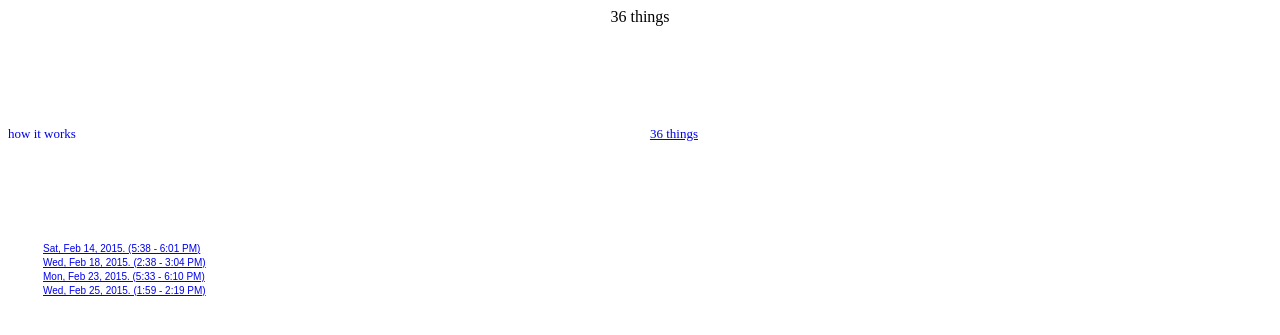
Repository: zhanj122/zhanj122.github.io
Page: 36_things/index.html
The author's editor kept a record of every edit. The page is drawn from the files as they stood at one moment, then again after the next edit.
The browser window is 1280 px wide. The pictures show the whole page.

Above is the page before.

After the next edit:
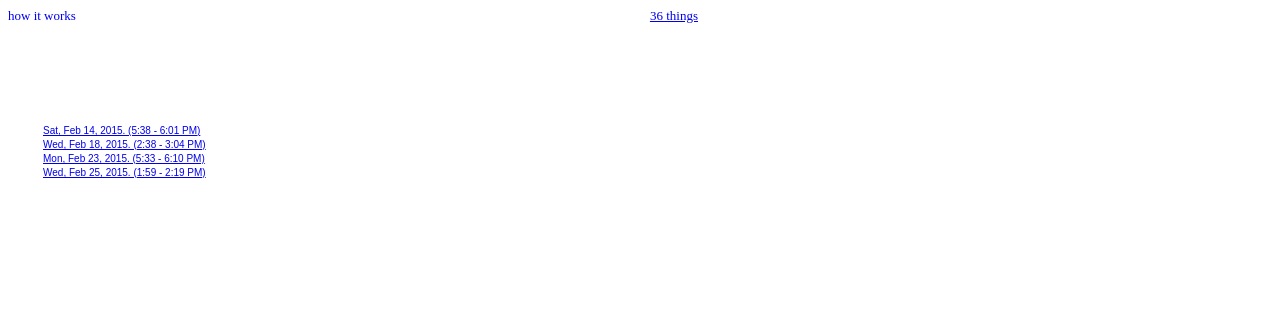
The edit:
--- a/36_things/index.html
+++ b/36_things/index.html
@@ -3,9 +3,6 @@
     <head>
         <link rel="stylesheet" href="assets/css/index_styles.css">
         <title>36 things</title>
-        <div class="header">
-            <h>36 things</h>
-        </div>
     </head>
 
     <body>
